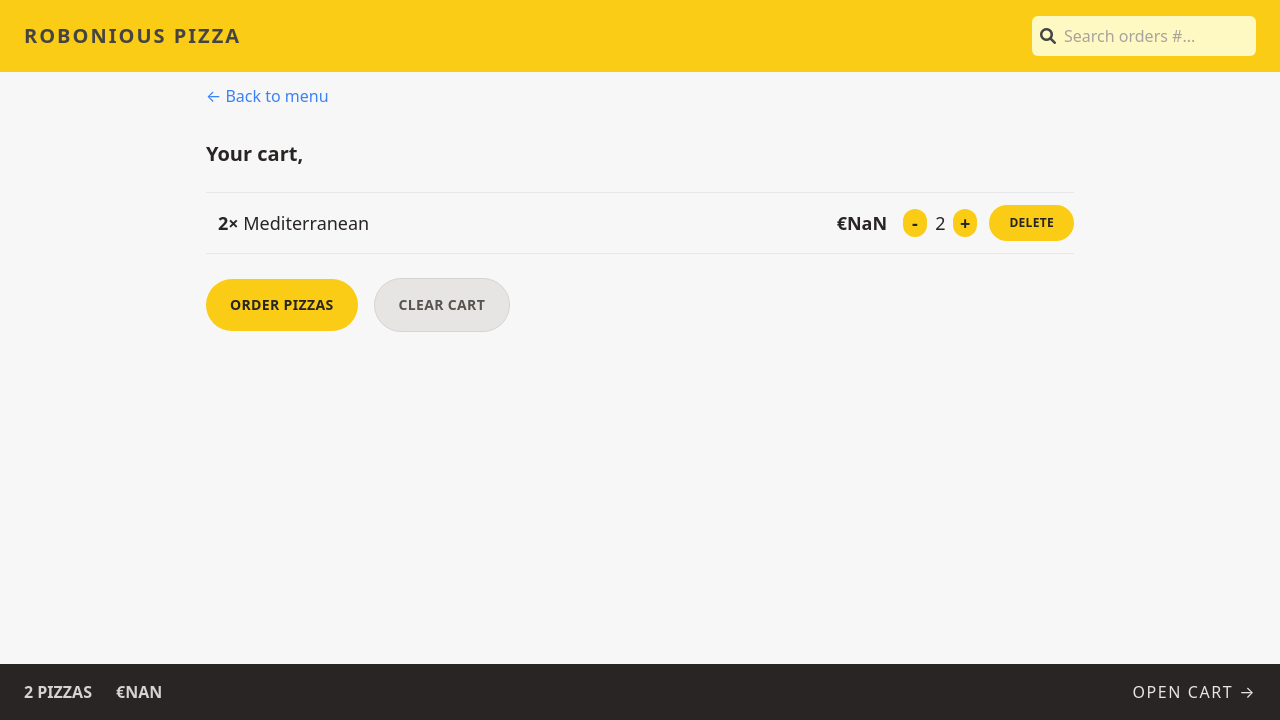
Repository: Alexro04/fast-food
Page: /cart (app in fast-food/)
An editor plug-in stored every save of this project. The page is shown before and after the next save, followed by the edit.
The browser window is 1280 px wide. The pictures show the whole page.
The project was rebuilt for these pictures with package versions that can differ from the ones it lists, and the page was loaded fresh each time. Also part of the build but not shown: fast-food/vite.config.js, fast-food/src/features/user/CreateUser.jsx, fast-food/src/ui/Home.jsx, fast-food/src/ui/Loading.jsx, fast-food/src/features/cart/EmptyCart.jsx, fast-food/src/utils/apiRestaurant.js, fast-food/src/features/order/OrderItem.jsx, fast-food/src/features/order/Order.jsx and 3 more.

Above is the page before, as saved 2025-03-15 13:10:35.

After the next save:
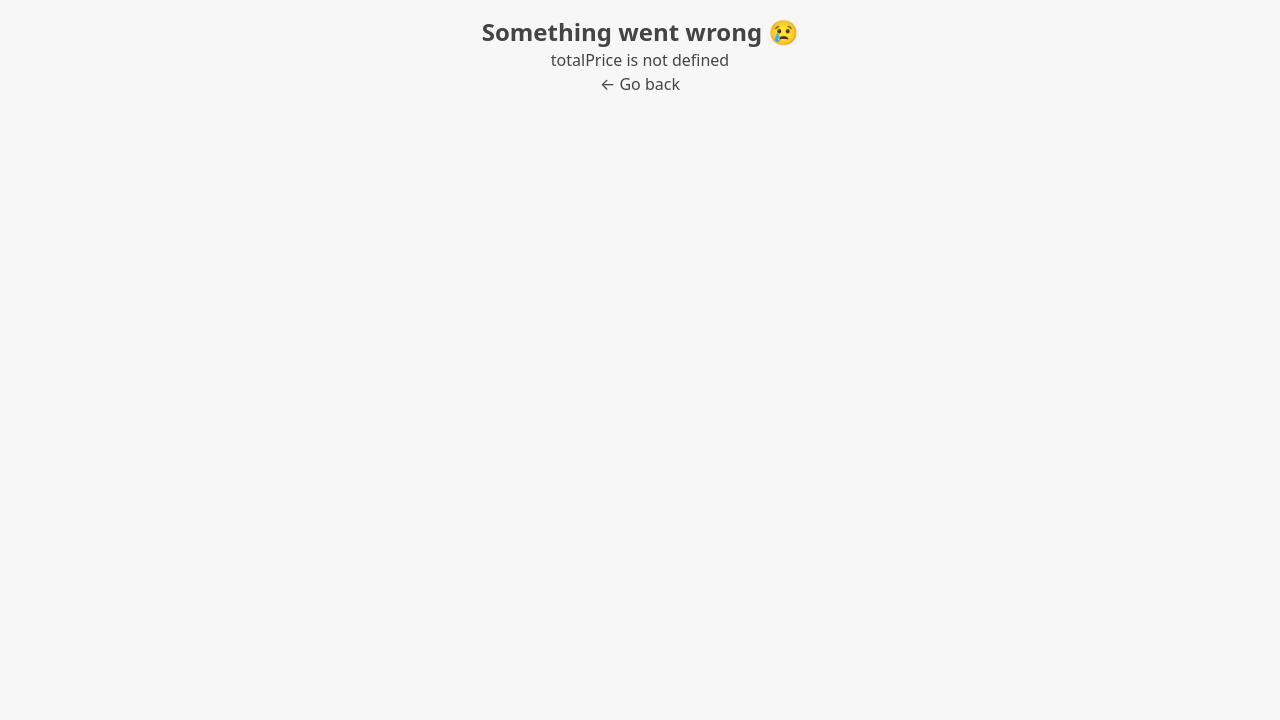
Saved 86 s later.
--- a/fast-food/src/features/cart/CartItem.jsx
+++ b/fast-food/src/features/cart/CartItem.jsx
@@ -4,7 +4,7 @@
 import { decreaseQuantity, increaseQuantity } from "./cartSlice";
 
 function CartItem({ item }) {
-  const { pizzaId, name, quantity, totalPrice } = item;
+  const { pizzaId, name, quantity } = item;
   const dispatch = useDispatch();
 
   return (

After the save that followed:
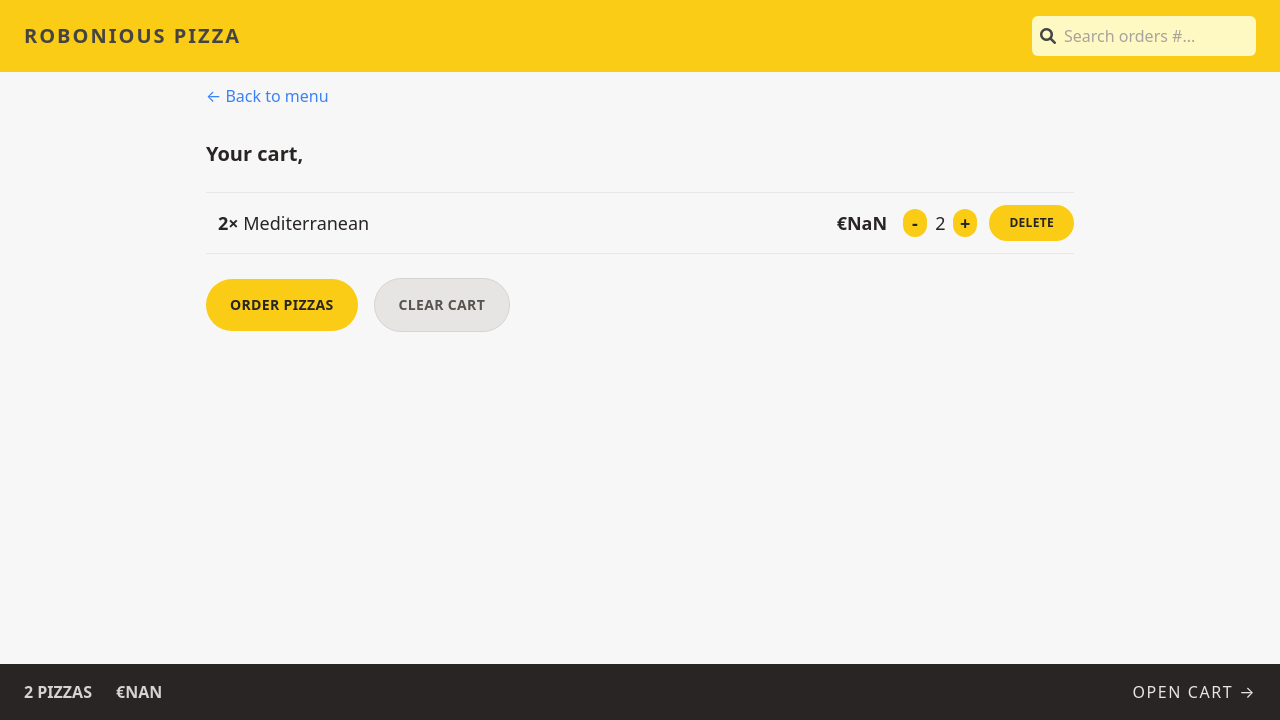
Saved 4 s later.
--- a/fast-food/src/features/cart/CartItem.jsx
+++ b/fast-food/src/features/cart/CartItem.jsx
@@ -4,7 +4,7 @@
 import { decreaseQuantity, increaseQuantity } from "./cartSlice";
 
 function CartItem({ item }) {
-  const { pizzaId, name, quantity } = item;
+  const { pizzaId, name, quantity, totalPrice } = item;
   const dispatch = useDispatch();
 
   return (
